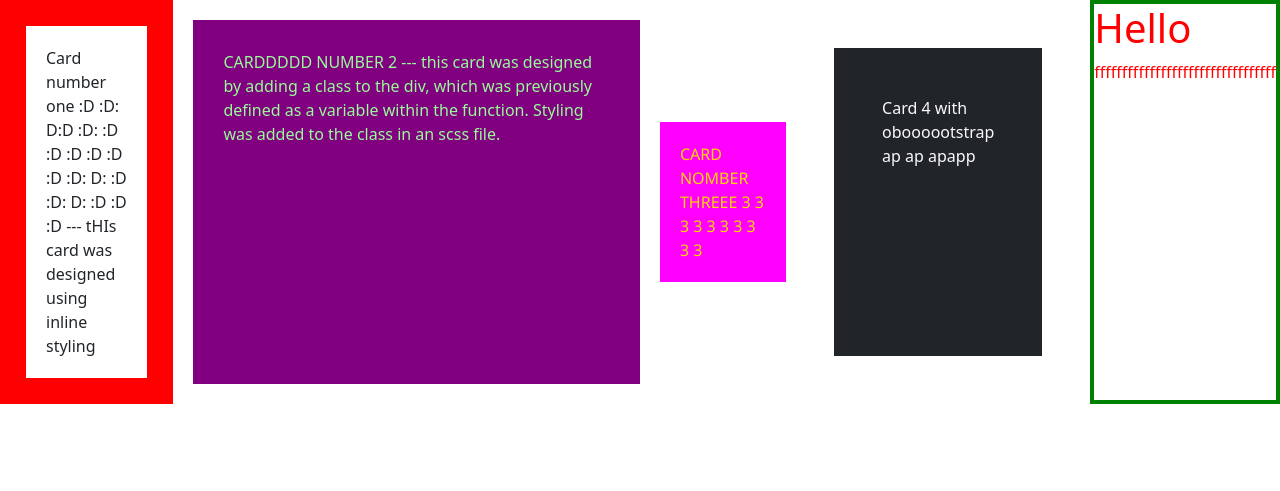
Repository: FbW-E01/spa-react-stylish-cards-gronger
Page: / (app in react-stuff/)
The author's editor kept a copy of each file at every save. The page is drawn from the files as they stood at one save, then again after the next save.
The browser window is 1280 px wide. The pictures show the whole page.
The project was rebuilt for these pictures with package versions that can differ from the ones it lists, and the page was loaded fresh each time.

Above is the page before, as saved 2021-07-14 14:10:22.

After the next save:
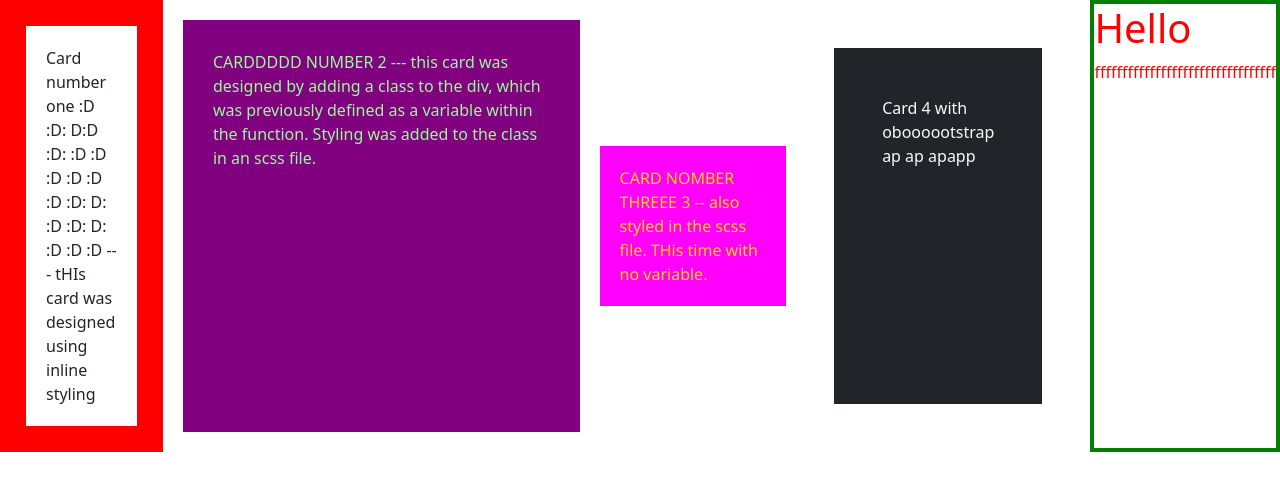
Saved 29 s later.
--- a/react-stuff/src/index.js
+++ b/react-stuff/src/index.js
@@ -28,7 +28,7 @@ function CardTwoClass() {
 
 function CardThreeScssClass() {
   return <div className='class-3'>
-    CARD NOMBER THREEE 3 3 3 3 3 3 3 3 3 3
+    CARD NOMBER THREEE 3 -- also styled in the scss file. THis time with no variable.
   </div>
 }
 
